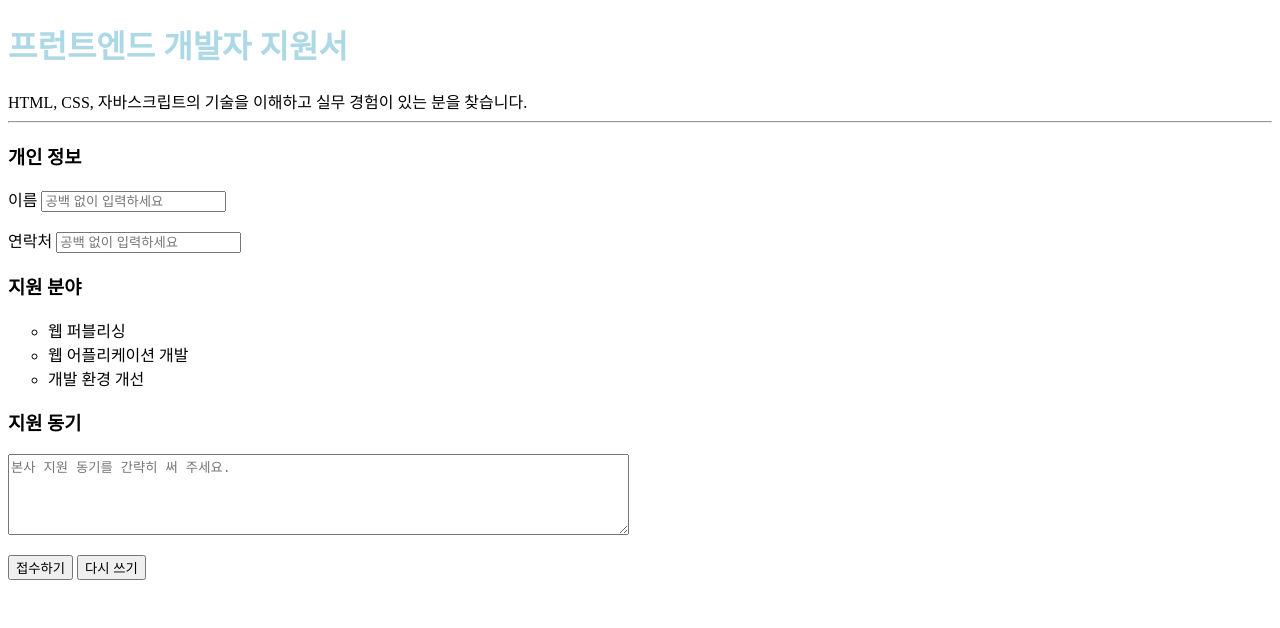
Repository: Kebiskim/2023_WebStudy
Page: 01_css/src/main/webapp/day01/Ex03_Frontend2.html
An editor plug-in stored every save of this project. The page is shown before and after the next save, followed by the edit.
The browser window is 1280 px wide. The pictures show the whole page.

Above is the page before, as saved 2023-06-22 03:43:37.

After the next save:
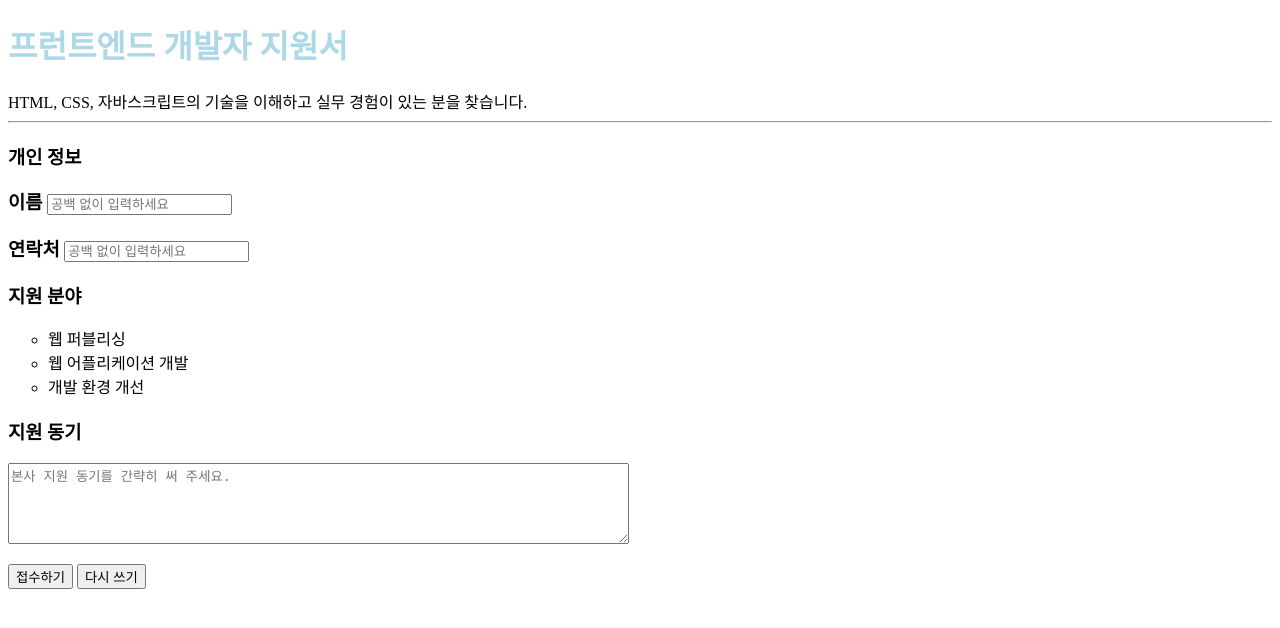
Saved 7 s later.
--- a/01_css/src/main/webapp/day01/Ex03_Frontend2.html
+++ b/01_css/src/main/webapp/day01/Ex03_Frontend2.html
@@ -13,9 +13,10 @@
 	<h1>프런트엔드 개발자 지원서</h1>
 	HTML, CSS, 자바스크립트의 기술을 이해하고 실무 경험이 있는 분을 찾습니다.
 	<hr>
-	<h3>개인 정보</h3>
- 	 <p>	이름 <input type="text" name="age" placeholder="공백 없이 입력하세요"></p>
- 	 <p>	연락처 <input type="text" name="age" placeholder="공백 없이 입력하세요"></p>
+	<h3>개인 정보
+	 	 <p>	이름 <input type="text" name="age" placeholder="공백 없이 입력하세요"></p>
+	 	 <p>	연락처 <input type="text" name="age" placeholder="공백 없이 입력하세요"></p>
+ 	</h3>
 	<h3>지원 분야</h3>
  		<ul style="list-style-type:circle;">
 			<li>웹 퍼블리싱</li>

After the save that followed:
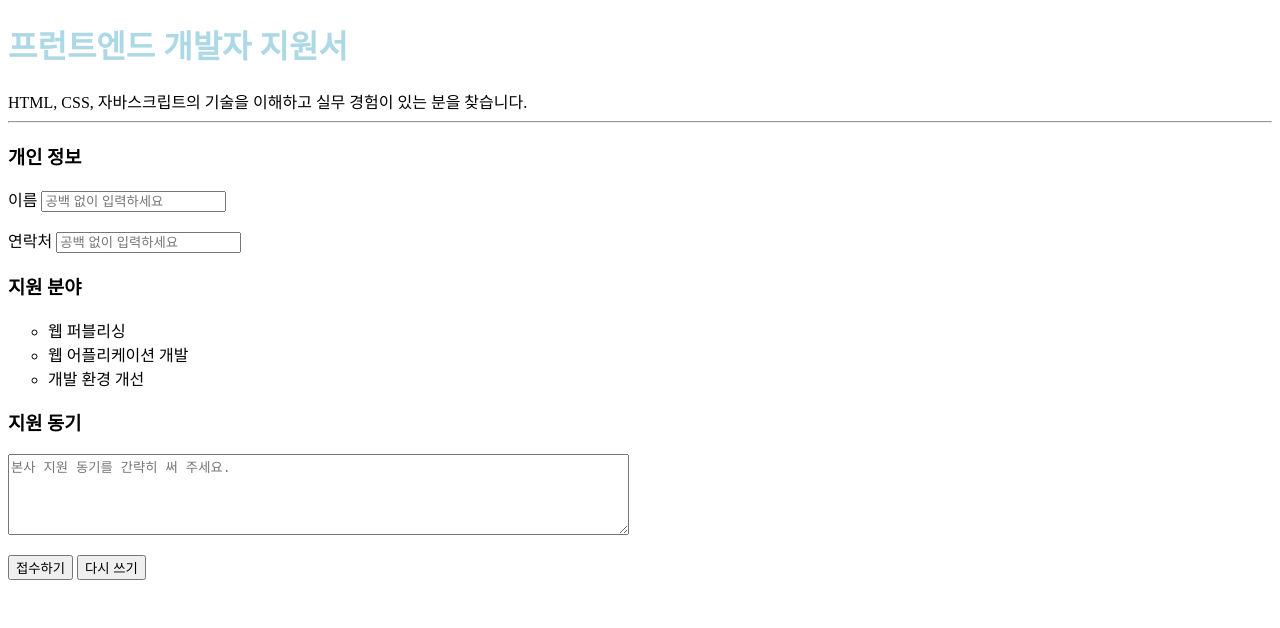
Saved 15 s later.
--- a/01_css/src/main/webapp/day01/Ex03_Frontend2.html
+++ b/01_css/src/main/webapp/day01/Ex03_Frontend2.html
@@ -13,10 +13,10 @@
 	<h1>프런트엔드 개발자 지원서</h1>
 	HTML, CSS, 자바스크립트의 기술을 이해하고 실무 경험이 있는 분을 찾습니다.
 	<hr>
-	<h3>개인 정보
+	<h3>개인 정보	</h3>
 	 	 <p>	이름 <input type="text" name="age" placeholder="공백 없이 입력하세요"></p>
 	 	 <p>	연락처 <input type="text" name="age" placeholder="공백 없이 입력하세요"></p>
- 	</h3>
+
 	<h3>지원 분야</h3>
  		<ul style="list-style-type:circle;">
 			<li>웹 퍼블리싱</li>
